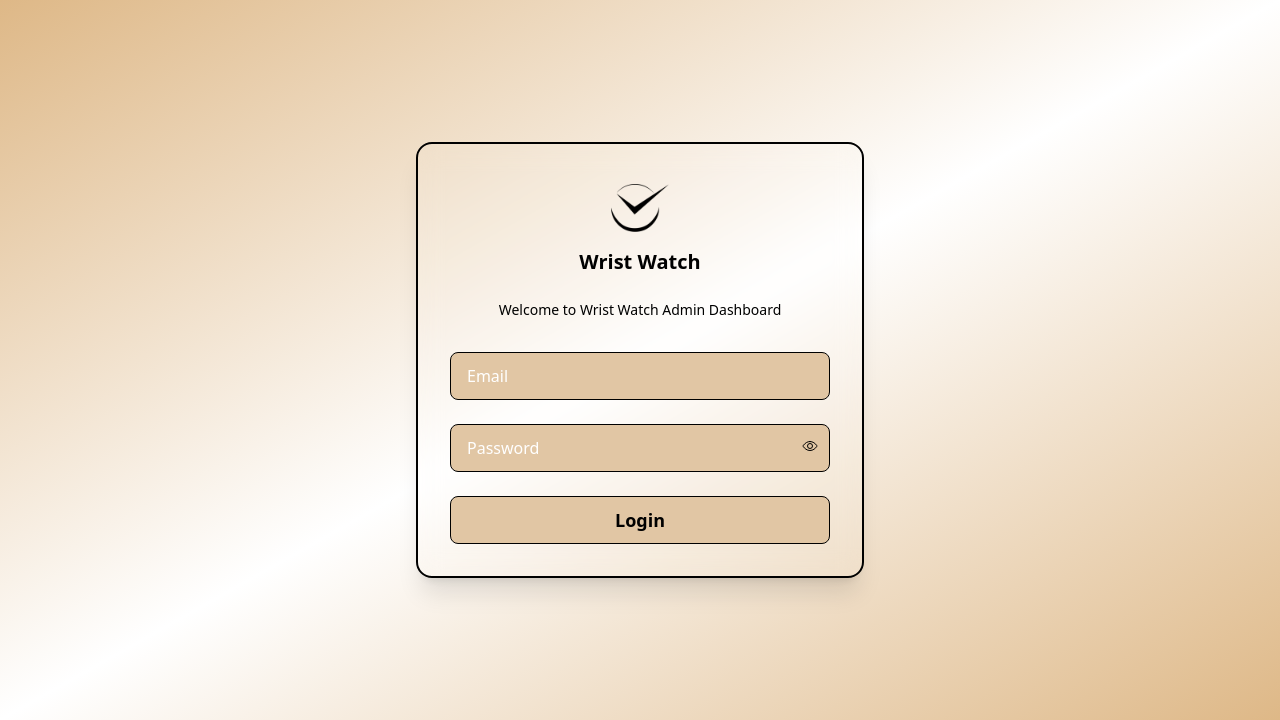
Repository: mansibhanushali/online_watch_ecommerce_mernstack_webapplication
Page: / (app in admin/)
These files come from the project's save history. The page is drawn as it stood at one moment and after the next save; the edit follows.
The browser window is 1280 px wide. The pictures show the whole page.
The project was rebuilt for these pictures with package versions that can differ from the ones it lists, and the page was loaded fresh each time. Also part of the build but not shown: admin/vite.config.js, admin/src/component/Nav.jsx, admin/src/pages/Home.jsx, admin/src/component/Loading.jsx, admin/src/pages/Add.jsx, admin/src/pages/Lists.jsx, admin/src/pages/Orders.jsx.

Above is the page before, as saved 2025-08-16 18:04:42.

After the next save:
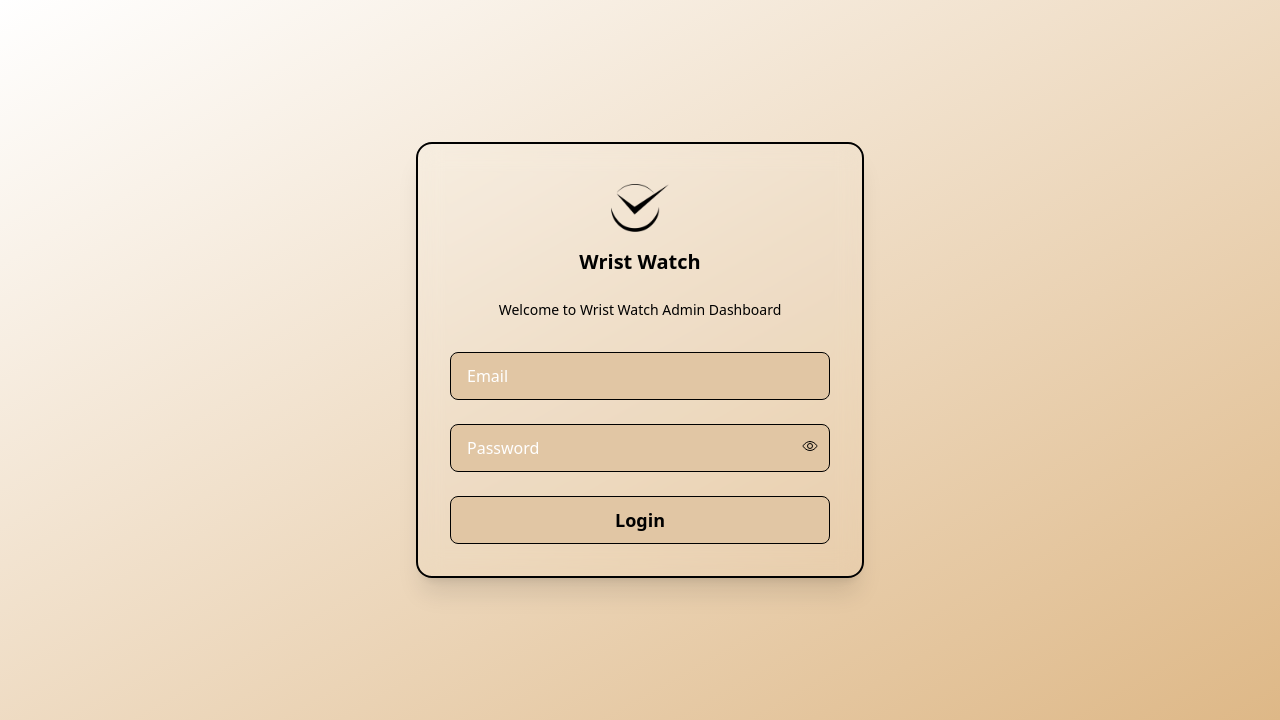
Saved 49 s later.
--- a/admin/src/pages/Login.jsx
+++ b/admin/src/pages/Login.jsx
@@ -45,7 +45,7 @@ const AdminLogin = async (e) => {
 
 
   return (
-    <div className="w-screen h-screen bg-gradient-to-br from-[burlywood] via-[#burlwood] to-[burlywood] text-black flex items-center justify-center px-4">
+    <div className="w-screen h-screen bg-gradient-to-br from-[burlwood] to-[burlywood] text-black flex items-center justify-center px-4">
       <div className="w-full max-w-md bg-white/5 backdrop-blur-md border-2 border-black rounded-2xl shadow-xl p-8 flex flex-col items-center">
 
         <div className="flex flex-col items-center mb-4">
